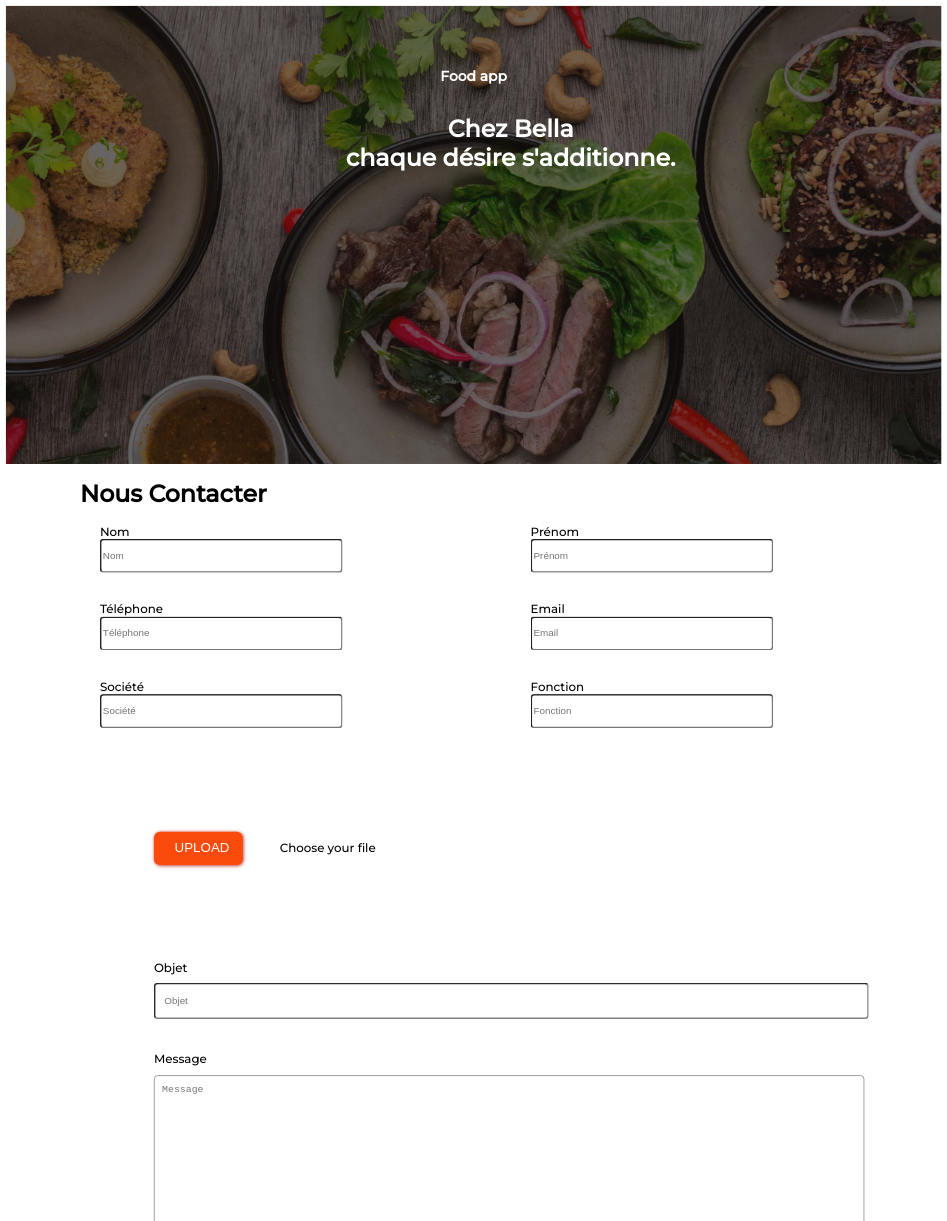
Repository: Ahlam-belhadj/bella-olange
Page: index3.html
These files come from the project's save history. The page is drawn as it stood at one moment and after the next save; the edit follows.
The browser window is 1280 px wide. The pictures show the part of the page from y = 0 to 1650 px (the page is 2340 px tall before and 2280 px after), at 74% of full size.
Pictures or frames that could not be fetched are drawn as grey boxes.

Above is the page before, as saved 2023-02-14 16:32:49.

### index3.html
<!DOCTYPE html>
<html lang="en">

<head>
    <meta charset="UTF-8">
    <meta http-equiv="X-UA-Compatible" content="IE=edge">
    <meta name="viewport" content="width=device-width, initial-scale=1.0">
    <link rel="stylesheet" href="style3.css">
    <script src="https://www.google.com/recaptcha/api.js" async defer></script>
    <title>Bella olanje</title>
</head>

<body>
    <header>

        <div class="title">
            <div class="texte">
                <h3>Food app</h3>
                <h1>Chez Bella <br>
                    chaque désire s'additionne.</h1>
            </div>
        </div>
    </header>
    <main>
    <div class="information">
        <form>
            <h1>Nous Contacter</h1>
            <div class="commande">
                <div class="info1">
                    <div class="label">
                        <label>Nom</label>
                        <br>
                        <input type="text" placeholder="Nom">
                    </div>
                    <div class="label">
                        <label>Prénom</label>
                        <br>
                        <input type="text" placeholder="Prénom">
                    </div>
                </div>
                <div class="info2">
                    <div class="label">
                        <label>Téléphone</label>
                        <br>
                        <input type="text" placeholder="Téléphone">
                    </div>
                    <div class="label">
                        <label>Email</label>
                        <br>
                        <input type="email" placeholder="Email">
                    </div>
                </div>
                <div class="info1">
                    <div class="label">
                        <label>Société</label>
                        <br>
                        <input type="text" placeholder="Société">
                    </div>
                    <div class="label">
                        <label>Fonction</label>
                        <br>
                        <input type="email" placeholder="Fonction">
                    </div>
                </div>

            </div>
        </form>
    </div>


    <div class="chose">
        <div class="div_button">
            <button class="button1" type="button">UPLOAD</button>
            <p>Choose your file</p>
        </div>
    </div>

    <div>
        <div class="g-recaptcha toto" data-sitekey="6Lff4ygkAAAAABA1RWNuq8ewgkRZaDD-yAWqFs1t"></div>
    </div>

    <div class="grp_choose">
        <div class="choose_message">
            <div class="label_choose">
                <label>Objet</label><br>
                <input type="text" placeholder="Objet">
            </div>
            <div class="label_message">
                <label>Message</label><br>
                <textarea placeholder="Message"></textarea>
            </div>
        </div>
    </div>


    <div class="maps">
        <iframe
            src="https://www.google.com/maps/embed?pb=!1m18!1m12!1m3!1d6464.54830951471!2d2.4294808287259815!3d48.785241545980085!2m3!1f0!2f0!3f0!3m2!1i1024!2i768!4f13.1!3m3!1m2!1s0x47e67344bd2d57f1%3A0x2a84a845271b523a!2sAFPA!5e0!3m2!1sfr!2sfr!4v1674668360985!5m2!1sfr!2sfr"
            width="600" height="450" style="border:0;" allowfullscreen="" loading="lazy"
            referrerpolicy="no-referrer-when-downgrade"></iframe>
    </div>


    <div class="button1">
        <button class="button">Envoyer</button>
    </div>
</main>
</body>

</html>

### style3.css
@import url('https://fonts.googleapis.com/css2?family=Montserrat:wght@100;200;500&display=swap');

body {
    font-family: Montserrat, sans-serif;
}



.toto {
    width: 50%;
    border: #B73227 1px;
}




.title {
    background-image: url(image/Rectangle\ 48.png);
    height: 619px;
    background-repeat: no-repeat;
    background-position: center;
    background-size: cover;



}

.texte {
    color: white;
    display: flex;
    align-items: center;
    justify-content: center;
    flex-direction: column;
    text-align: center;
    height: 50%;
}

/* header */

h1 {
    padding-left: 100px;
}


h2 {
    text-align: center;
    padding-bottom: 20px;
}

.info1 {
    display: flex;
    justify-content: space-around;
    padding-right: 100px;
}

.info2 {
    display: flex;
    justify-content: space-around;
    padding-right: 100px;
}

input {
    width: 320px;
    height: 40px;
    border-radius: 5px;
    margin-bottom: 40px;

}


.maps {
    display: flex;

    padding-left: 200px;
}

iframe {
    width: 941px;
    height: 500px;
    left: 100px;
    top: 1875px;

}


/* button */
button {
    border: 0;
    line-height: 2.5;
    width: 120px;
    padding: 0 18px;
    font-size: 18px;
    text-align: center;
    color: #fff;
    border-radius: 20px;
    background-color: #FA4A0C;
    box-shadow: 1px 1px 5px #B73227;


}

.button1 {
    display: flex;
    justify-content: end;
    margin: 50px 0px 35px 100px;
    border-radius: 8px;
}

p {
    margin-top: 63px;
    margin-left: 50px;
}

.btn {
    display: flex;
}


.div_button {
    padding: 50px 0px 35px 100px;
    display: flex;
}

/* button */


.chose {
    display: flex;
}

.grp_choose {
    padding-left: 200px;
}

.label_choose input {
    width: 938px;
    height: 35px;
    margin-bottom: 20px;
    margin-top: 10px;
    padding: 5px 12px;
    color: grey;
    border-radius: 5px;
    border-color: gray;
}

.label_message {
    padding-top: 25px;
}

textarea {
    width: 938px;
    height: 141px;
    margin-bottom: 20px;
    color: grey;
    border-color: gray;
    margin-top: 12px;
    padding: 10px 10px 80px;
    outline: none;
    border-radius: 5px;
    resize: none;
}

.g-recaptcha {
    padding-left: 200px;
    margin-bottom: 60px;
}

@media (max-width:650px) {
    .info1 {
        display: flex;
        flex-direction: column;
        padding-left: 15%;
    }

    .info2 {
        display: flex;
        flex-direction: column;
        padding-left: 15%;
    }

    .chose {

        padding-left: 20%;
    }

    .div_button {
        padding: 0px;
    }

    .g-recaptcha {
        margin-top: 40px;
        padding-left: 10%;
    }

    .grp_choose {
        /* padding-left: 0px; */
        padding-left: 15%;
    }

    .label_choose input {
        width: 300px;
    }

    textarea {
        width: 300px;
    }

    .maps {
        padding-left: 0px;
    }

    iframe {
        width: 400px;
        height: 200px;
        top: 1875px;
        padding-left: 10%;

    }

    .button1 {

        justify-content: center;
        margin: 50px 0px 0px 0px;

    }
}

@media screen and (min-width:651px) and (max-width:1199px) {
    .information {
        display: flex;
        justify-content: center;
    }

    .info1 {
        display: flex;
        flex-direction: column;
        padding-left: 20%;
    }

    .info2 {
        display: flex;
        flex-direction: column;
        padding-left: 20%;
    }

    .chose {

        padding-left: 35%;
    }

    .div_button {
        padding: 0px;
    }

    .g-recaptcha {
        margin-top: 40px;
        padding-left: 30%;
    }

    .grp_choose {

        display: flex;
        justify-content: center;

        padding-left: 20%;
    }

    .label_choose input {

        width: 550px;

    }

    textarea {
        width: 550px;
    }

    .maps {
        padding-left: 180px;
    }

    iframe {
        width: 700px;
        height: 400px;
        top: 1875px;
        padding-left: 15%;

    }

    .button1 {

        justify-content: center;
        margin: 50px 0px 0px 0px;

    }

    h1 {
        text-align: center;
    }

    input {
        width: 550px;
    }


}

After the next save:
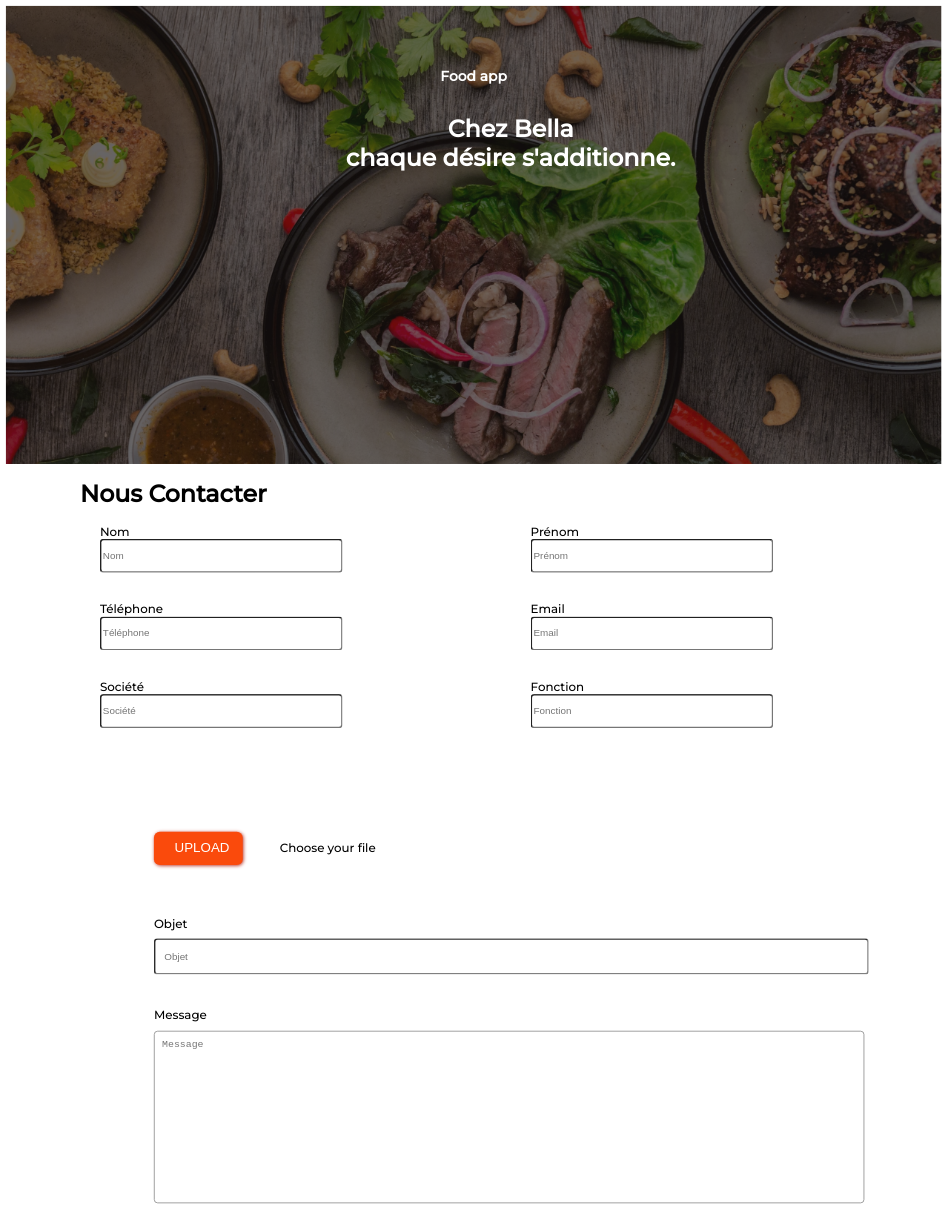
Saved 93 s later.
--- a/index3.html
+++ b/index3.html
@@ -76,7 +76,7 @@
     </div>
 
     <div>
-        <div class="g-recaptcha toto" data-sitekey="6Lff4ygkAAAAABA1RWNuq8ewgkRZaDD-yAWqFs1t"></div>
+
     </div>
 
     <div class="grp_choose">

After the save that followed:
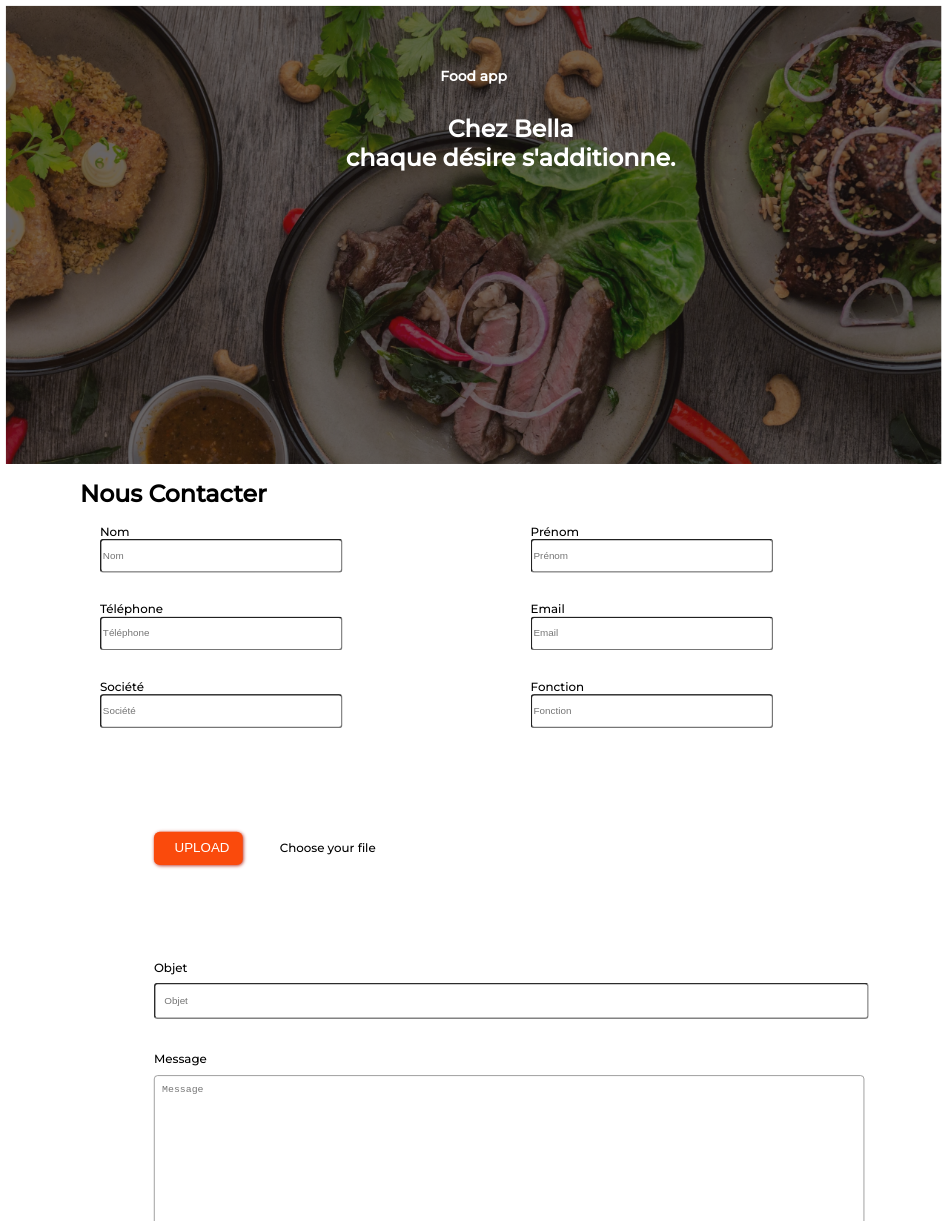
Saved 23 s later.
--- a/index3.html
+++ b/index3.html
@@ -76,7 +76,7 @@
     </div>
 
     <div>
-
+        <div class="g-recaptcha toto" data-sitekey="6Lff4ygkAAAAABA1RWNuq8ewgkRZaDD-yAWqFs1t"></div>
     </div>
 
     <div class="grp_choose">
